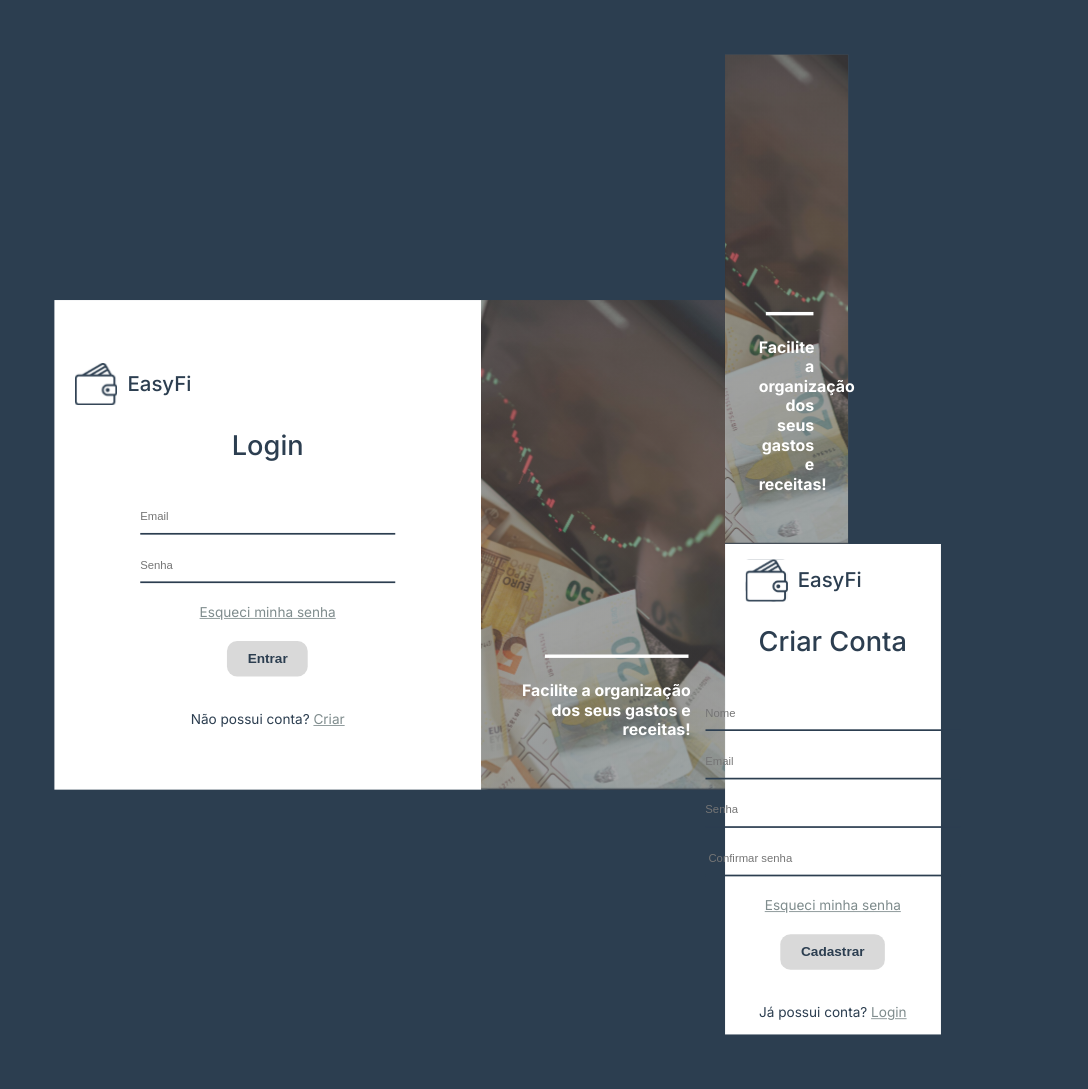
Repository: Ingridiag/projeto-engenharia
Page: login.html
These files come from the project's save history. The page is drawn as it stood at one moment and after a run of saves; the edit follows.
The browser window is 1280 px wide. The pictures show the whole page, at 85% of full size.

Above is the page before, as saved 2024-10-28 17:56:45.

### login.html
<!DOCTYPE html>
<html lang="pt">

<head>
    <meta charset="UTF-8">
    <meta name="viewport" content="width=device-width, initial-scale=1.0">
    <link rel="preconnect" href="https://fonts.googleapis.com">
<link rel="preconnect" href="https://fonts.gstatic.com" crossorigin>
<link href="https://fonts.googleapis.com/css2?family=Inter:ital,opsz,wght@0,14..32,100..900;1,14..32,100..900&display=swap"
rel="stylesheet">
    <link rel="stylesheet" href="style.css">
    <title>Login</title>
</head>

<body>
    <div class="container">

        <!-- Tela Login -->
        <div class="login">
            <div class="primeira-coluna">
                <div class="logo">
                    <img src="imagens/logo-azul 1.svg" alt="logo">
                    <h1>EasyFi</h1>
                </div>
                <div class="formulario">
                    <h1 class="title">Login</h1>
                    <form >
                        <input type="email" placeholder="Email">
                        <input type="password" placeholder="Senha">
                    </form>
                    <div class="uses">
                        <a href="#" class="link">Esqueci minha senha</a>

                    </div>
                    <div class="btn-default">
                        <button>
                            Entrar
                        </button>
                    </div>
                    <div >
                        <p>Não possui conta?
                            <span>
                                <a href="#" class="link">Criar</a>
                            </span>
                        </p>
                    </div>
                </div>
            </div>
            <div class="decor">
                <div class="mensagem">
                    <hr>
                    <h3>
                        Facilite a organização dos seus gastos e receitas!
                    </h3>
                </div>

            </div>
        </div>



        <div class="cadastro">
            <!-- Tela Cadastro -->
            <div class="decor">
                <div class="mensagem">
                    <hr>
                    <h3>
                        Facilite a organização dos seus gastos e receitas!
                    </h3>
                </div>

            </div>

            <div class="primeira-coluna">
                <div class="logo">
                    <img src="imagens/logo-azul 1.svg" alt="logo">
                    <h1>EasyFi</h1>
                </div>
                <div class="formulario">
                    <h1 class="title">Criar Conta</h1>
                    <form >
                        <input type="text" placeholder="Nome">
                        <input type="email" placeholder="Email">
                        <input type="password" placeholder="Senha">
                        <input type="password" placeholder=" Confirmar senha">
                    </form>
                    <div>
                        <a href="#" class="link">Esqueci minha senha</a>

                    </div>
                    <div class="btn-default">
                        <button>
                            Cadastrar
                        </button>
                    </div>
                    <div class="uses">
                        <p>Já possui conta?
                            <span>
                                <a href="#" class="link">Login</a>
                            </span>
                        </p>
                    </div>
                </div>
            </div>
        </div>


    </div>

</body>

</html>

### style.css
body {
    margin: 0;
    padding: 0;
    box-sizing: border-box;
    background: #2C3E50;
    font-family: "Inter", sans-serif;
}

.container {
    display: flex;
    justify-content: center;
    align-items: center;
    margin: 0 auto;
    padding: 5%;
}

.login {
    width: 100%;
    height: 80vh;

    display: flex;
    align-items: center;
    justify-content: space-between;
}

.primeira-coluna {
    width: 70%;
    height: 100%;
    display: flex;
    flex-direction: column;
    justify-content: center;
    background: #fff;
}

.logo {
    display: flex;
    gap: 12px;
    align-items: center;
    padding: 12px 24px 0;
    color: #2C3E50;

    h1 {
        font-size: 24px;
        font-weight: 500;
    }

    img {
        width: 50px;

    }

}

.formulario {
    display: flex;
    flex-direction: column;
    align-items: center;
    gap: 24px;
    color: #2C3E50;

    h1 {
        font-weight: 500;
    }
}

.formulario form {
    display: flex;
    flex-direction: column;
    gap: 16px;
}

.formulario form input {
    width: 300px;
    padding: 12px 0px;
    background: none;
    border: none;
    border-bottom: 2px solid #2C3E50;
    outline: none;
    color: #2C3E50;

}

.formulario a {
    color: #7F8C8D;
}

.btn-default button {
    background: #D9D9D9;
    border: none;
    border-radius: 12px;
    padding: 12px 24px;
    font-size: 16px;
    transition: 0.2s ease;
    cursor: pointer;
    color: #2C3E50;
    font-weight: 600;
}

.btn-default button:hover {
    background: #F4EEEE;
    color: #577695;
    transform: scale(1.1);
}

.decor {
    width: 40%;
    height: 80vh;
    background: linear-gradient(rgba(94, 94, 94, 0.5), rgba(94, 94, 94, 0.5)),
        url(imagens/imagem_background.svg);
    background-position: 50% 50%;
    background-size: cover;
    text-align: end;
    align-content: flex-end;
    color: #fff;

    .mensagem {
        padding: 40px;
        display: flex;
        flex-direction: column;
    }
}

.mensagem hr {
    width: 80%;
    border: 2px solid;
    margin-right: 1%;
}

.cadastro {
    display: flex;
    flex-direction: column;
    position: relative;
}

After the next 3 saves:
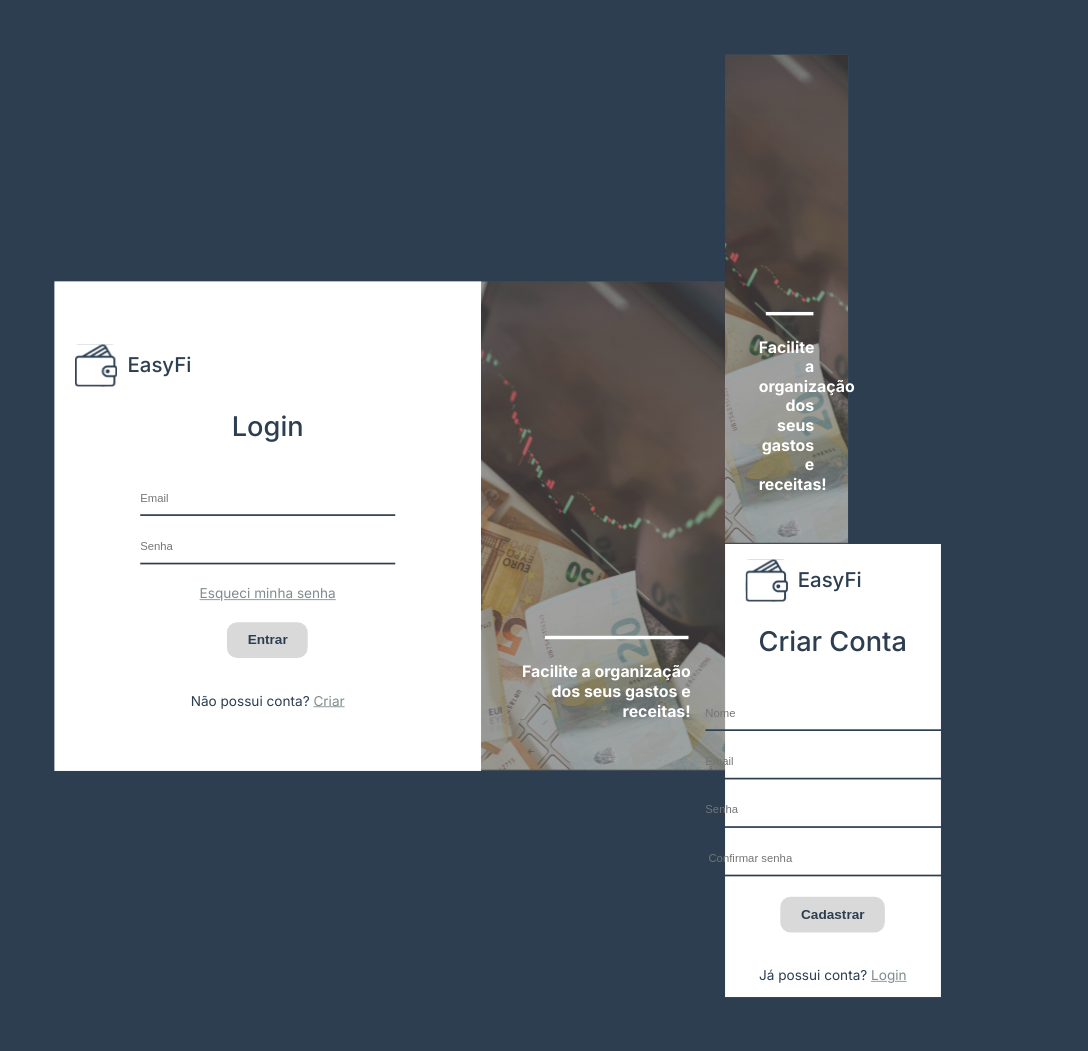
The 3 saves are shown as one change because they came seconds apart.
The last was saved 54 s later.
--- a/login.html
+++ b/login.html
@@ -84,10 +84,7 @@ rel="stylesheet">
                         <input type="password" placeholder="Senha">
                         <input type="password" placeholder=" Confirmar senha">
                     </form>
-                    <div>
-                        <a href="#" class="link">Esqueci minha senha</a>
 
-                    </div>
                     <div class="btn-default">
                         <button>
                             Cadastrar
